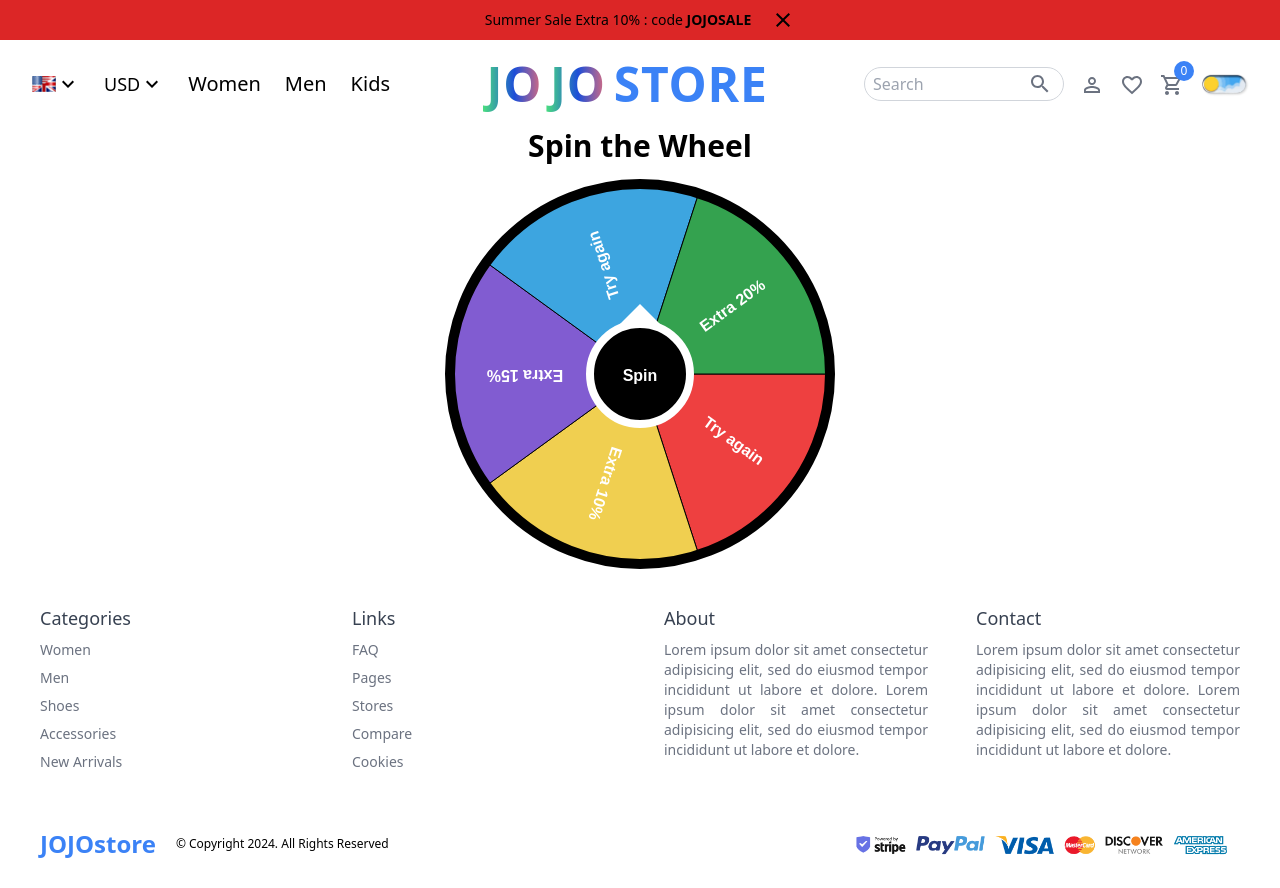
Repository: AiTrinh303/JOJO-STORE
Page: /spinwheelgame
The author's editor kept a copy of each file at every save. The page is drawn from the files as they stood at one save, then again after a run of saves.
The browser window is 1280 px wide. The pictures show the whole page.
The project was rebuilt for these pictures with package versions that can differ from the ones it lists, and the page was loaded fresh each time. Also part of the build but not shown: vite.config.js, src/components/Cart.jsx, src/components/Form.jsx, src/components/Slider/Slide1.jsx, src/components/Slider/Slide2.jsx, src/components/Slider/Slide3.jsx, src/components/Slider/Slider.scss, src/components/Slider/Slider.jsx and 23 more.

Above is the page before, as saved 2024-06-14 07:51:24.

After the next 2 saves:
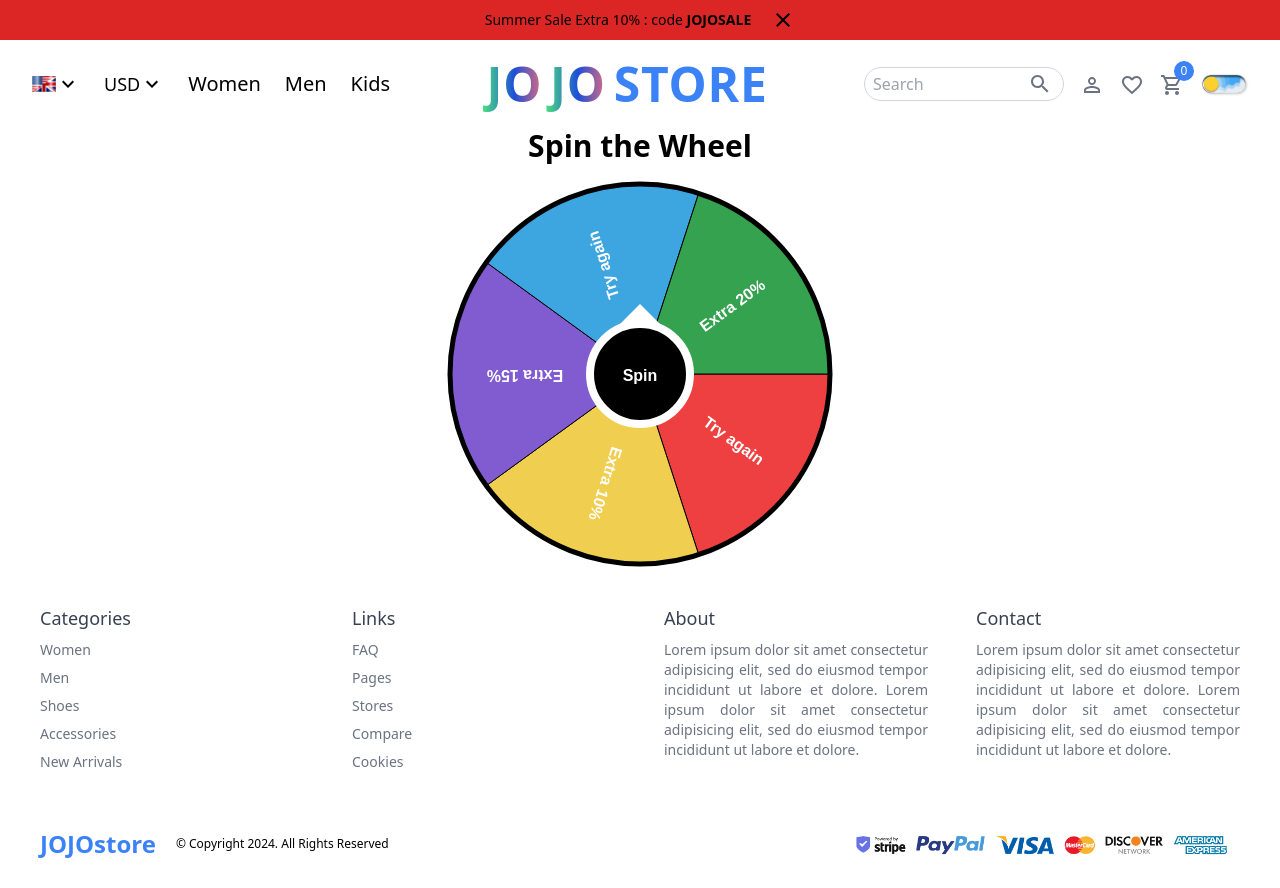
The 2 saves are shown as one change because they came seconds apart.
The last was saved 34 s later.
--- a/src/components/WheelComponent.tsx
+++ b/src/components/WheelComponent.tsx
@@ -31,7 +31,7 @@ const WheelComponent = ({
   downDuration = 1000,
   fontFamily = 'proxima-nova',
   fontSize = '1em',
-  outlineWidth = 10
+  outlineWidth = 5
 }: WheelComponentProps) => {
   const randomString = () => {
     const chars =
